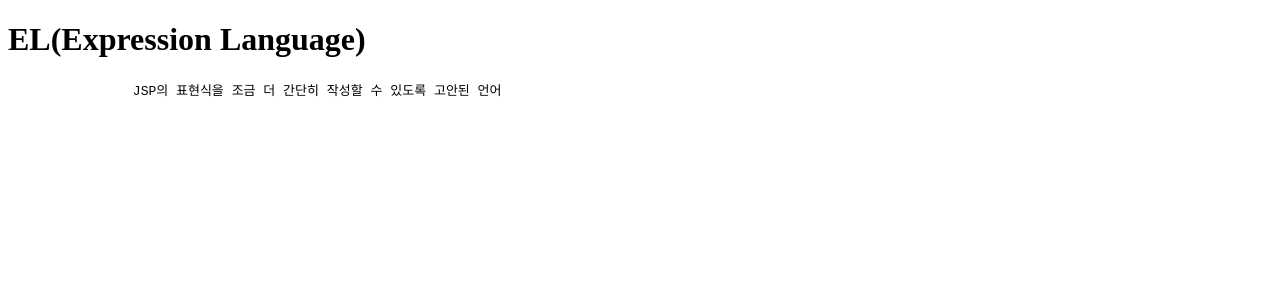
Repository: seungjoo1217/05_Server
Page: http://localhost/JSPProject2/elTest
An editor plug-in stored every save of this project. The page is shown before and after the next save, followed by the edit.
The browser window is 1280 px wide. The pictures show the whole page.
The page is served by Tomcat 10.

Above is the page before, as saved 2024-03-22 03:16:21.

After the next save:
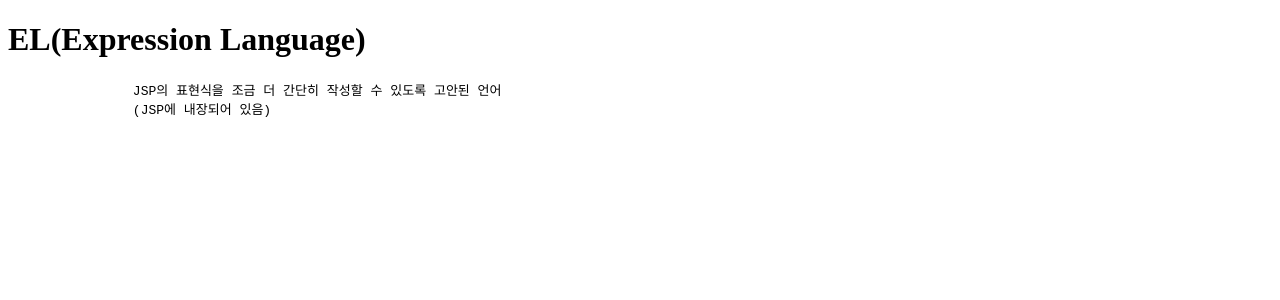
Saved 13 s later.
--- a/JSPProject2/src/main/webapp/WEB-INF/views/el/elTest.jsp
+++ b/JSPProject2/src/main/webapp/WEB-INF/views/el/elTest.jsp
@@ -11,6 +11,7 @@
 
 	<pre>
 		JSP의 표현식을 조금 더 간단히 작성할 수 있도록 고안된 언어
+		(JSP에 내장되어 있음)
 	</pre>
 </body>
 </html>
